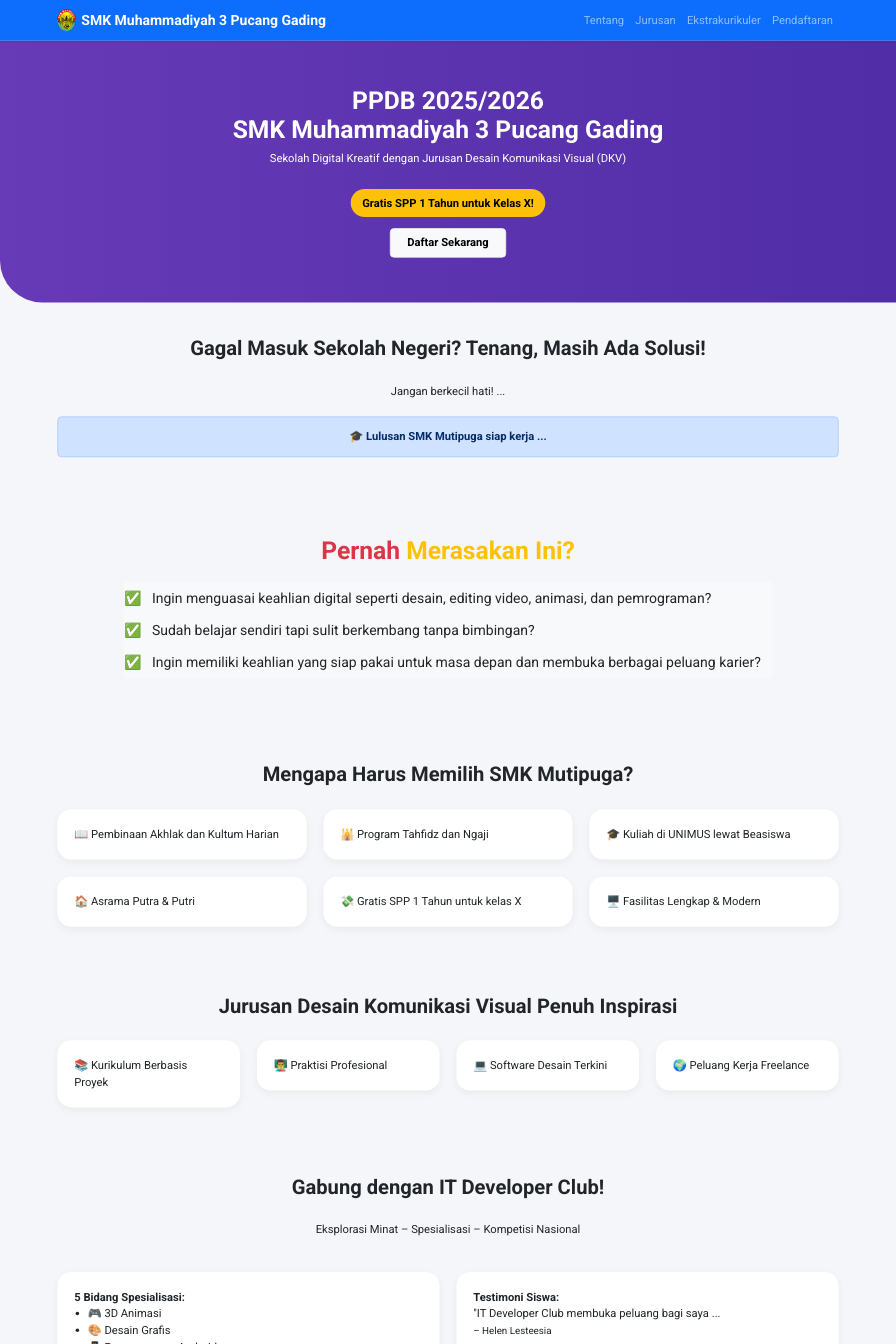
Repository: ppdbsmkmutipuga/ppdbsmkmutipuga.github.io
Page: index.html
An editor plug-in stored every save of this project. The page is shown before and after the next save, followed by the edit.
The browser window is 1280 px wide. The pictures show the part of the page from y = 0 to 1920 px (the page is 3087 px tall), at 70% of full size.

Above is the page before, as saved 2025-06-29 03:06:22.
Not found: main.js

### index.html
<!DOCTYPE html>
<html lang="id">

<head>
    <meta charset="UTF-8" />
    <meta name="viewport" content="width=device-width, initial-scale=1.0" />
    <meta name="description"
        content="PPDB SMK Muhammadiyah 3 Pucang Gading - Sekolah Digital Kreatif Jurusan DKV. Gratis SPP 1 tahun untuk kelas X!" />
    <meta name="keywords"
        content="PPDB, SMK Muhammadiyah, DKV, Sekolah Digital, Gratis SPP, Ekstrakurikuler, IT Developer Club" />
    <meta name="author" content="SMK Mutipuga" />
    <title>PPDB SMK Mutipuga 2025/2026</title>
    <link href="https://fonts.googleapis.com/css2?family=Roboto:wght@400;700&display=swap" rel="stylesheet">
    <link href="https://cdn.jsdelivr.net/npm/bootstrap@5.3.3/dist/css/bootstrap.min.css" rel="stylesheet">
    <link rel="stylesheet" href="style.css">
</head>

<body>
    <nav class="navbar navbar-expand-lg navbar-dark bg-primary sticky-top shadow-sm">
        <div class="container">
            <a class="navbar-brand fw-bold d-flex align-items-center" href="#">
                <img src="images/logo.png" alt="Logo SMK Mutipuga" height="32" class="me-2">
                <span class="d-none d-sm-inline">SMK Muhammadiyah 3 Pucang Gading</span>
                <span class="d-inline d-sm-none">SMK MUTIPUGA</span>
            </a>

            <button class="navbar-toggler" type="button" data-bs-toggle="collapse" data-bs-target="#navMenu">
                <span class="navbar-toggler-icon"></span>
            </button>


            <div class="collapse navbar-collapse" id="navMenu">
                <ul class="navbar-nav ms-auto">
                    <li class="nav-item"><a class="nav-link" href="#tentang">Tentang</a></li>
                    <li class="nav-item"><a class="nav-link" href="#jurusan">Jurusan</a></li>
                    <li class="nav-item"><a class="nav-link" href="#ekskul">Ekstrakurikuler</a></li>
                    <li class="nav-item"><a class="nav-link" href="#pendaftaran">Pendaftaran</a></li>
                </ul>
            </div>
        </div>
    </nav>

    <header class="hero">
        <h1>PPDB 2025/2026<br>SMK Muhammadiyah 3 Pucang Gading</h1>
        <p>Sekolah Digital Kreatif dengan Jurusan Desain Komunikasi Visual (DKV)</p>
        <div class="highlight-badge">Gratis SPP 1 Tahun untuk Kelas X!</div><br>
        <a href="#pendaftaran" class="btn btn-light mt-3 fw-bold px-4 py-2">Daftar Sekarang</a>
    </header>

    <section class="container py-5">
        <h2 class="section-title">Gagal Masuk Sekolah Negeri? Tenang, Masih Ada Solusi!</h2>
        <p class="text-center">Jangan berkecil hati! ...</p>
        <div class="alert alert-primary mt-4 text-center fw-semibold">
            🎓 Lulusan SMK Mutipuga siap kerja ...
        </div>
    </section>
    <section class="container py-5">
        <div class="text-center mb-4">
            <h2 class="fw-bold" style="font-size: 2.2rem;">
                <span class="text-danger">Pernah</span> <span class="text-warning">Merasakan Ini?</span>
            </h2>
            <div class="my-2">
                <i class="bi bi-arrow-down-circle-fill text-warning" style="font-size: 2rem;"></i>
            </div>
        </div>

        <div class="row justify-content-center">
            <div class="col-md-10">
                <ul class="list-group list-group-flush fs-5">
                    <li class="list-group-item">
                        <i class="bi bi-check-circle-fill text-success me-2"></i>
                        Ingin menguasai keahlian digital seperti desain, editing video, animasi, dan pemrograman?
                    </li>
                    <li class="list-group-item">
                        <i class="bi bi-check-circle-fill text-success me-2"></i>
                        Sudah belajar sendiri tapi sulit berkembang tanpa bimbingan?
                    </li>
                    <li class="list-group-item">
                        <i class="bi bi-check-circle-fill text-success me-2"></i>
                        Ingin memiliki keahlian yang siap pakai untuk masa depan dan membuka berbagai peluang karier?
                    </li>
                </ul>
            </div>
        </div>

        <div class="text-end mt-4">
            <i class="bi bi-emoji-thinking fs-1 text-secondary"></i>
        </div>
    </section>


    <section class="container py-5">
        <h2 class="section-title">Mengapa Harus Memilih SMK Mutipuga?</h2>
        <div class="row g-4">
            <div class="col-md-4">
                <div class="card-custom">📖 Pembinaan Akhlak dan Kultum Harian</div>
            </div>
            <div class="col-md-4">
                <div class="card-custom">🕌 Program Tahfidz dan Ngaji</div>
            </div>
            <div class="col-md-4">
                <div class="card-custom">🎓 Kuliah di UNIMUS lewat Beasiswa</div>
            </div>
            <div class="col-md-4">
                <div class="card-custom">🏠 Asrama Putra & Putri</div>
            </div>
            <div class="col-md-4">
                <div class="card-custom">💸 Gratis SPP 1 Tahun untuk kelas X</div>
            </div>
            <div class="col-md-4">
                <div class="card-custom">🖥️ Fasilitas Lengkap & Modern</div>
            </div>
        </div>
    </section>

    <section class="container py-5">
        <h2 class="section-title">Jurusan Desain Komunikasi Visual Penuh Inspirasi</h2>
        <div class="row g-4">
            <div class="col-md-3">
                <div class="card-custom">📚 Kurikulum Berbasis Proyek</div>
            </div>
            <div class="col-md-3">
                <div class="card-custom">👨‍🏫 Praktisi Profesional</div>
            </div>
            <div class="col-md-3">
                <div class="card-custom">💻 Software Desain Terkini</div>
            </div>
            <div class="col-md-3">
                <div class="card-custom">🌍 Peluang Kerja Freelance</div>
            </div>
        </div>
    </section>

    <section class="container py-5">
        <h2 class="section-title">Gabung dengan IT Developer Club!</h2>
        <p class="text-center">Eksplorasi Minat – Spesialisasi – Kompetisi Nasional</p>
        <div class="row g-4 mt-4">
            <div class="col-md-6">
                <div class="card-custom">
                    <strong>5 Bidang Spesialisasi:</strong>
                    <ul>
                        <li>🎮 3D Animasi</li>
                        <li>🎨 Desain Grafis</li>
                        <li>📱 Pemrograman Android</li>
                        <li>🌐 Pemrograman Website</li>
                        <li>🕹️ Pemrograman Game</li>
                    </ul>
                </div>
            </div>
            <div class="col-md-6">
                <div class="card-custom">
                    <strong>Testimoni Siswa:</strong>
                    <blockquote>"IT Developer Club membuka peluang bagi saya ...<br><small>– Helen Lesteesia</small>
                    </blockquote>
                    <hr>
                    <p><strong>Jadwal Latihan:</strong><br>Senin & Rabu, 14.00–16.00 WIB<br>Lokasi: Lab Komputer</p>
                    <p><strong>Keuntungan:</strong><br>
                        ✅ Akses alat & software profesional<br>
                        ✅ Kompetisi tingkat nasional<br>
                        ✅ Portfolio kuliah & kerja</p>
                </div>
            </div>
        </div>
    </section>

    <section class="container py-5">
        <h2 class="section-title">Kegiatan & Ekstrakurikuler Seru</h2>
        <div class="row g-4">
            <div class="col-md-3">
                <div class="card-custom">💻 Coding di Lab</div>
            </div>
            <div class="col-md-3">
                <div class="card-custom">🖌️ Desain Grafis</div>
            </div>
            <div class="col-md-3">
                <div class="card-custom">📖 Ngaji Bersama</div>
            </div>
            <div class="col-md-3">
                <div class="card-custom">🏅 Tapak Suci, Futsal & Seni</div>
            </div>
        </div>
    </section>

    <section id="pendaftaran" class="container py-5">
        <h2 class="section-title">Informasi Pendaftaran</h2>
        <div class="row g-4">
            <div class="col-md-6">
                <div class="card-custom">
                    <strong>Syarat Pendaftaran:</strong>
                    <ul>
                        <li>📝 Mengisi Formulir</li>
                        <li>📄 Fotokopi Ijazah / SKL</li>
                        <li>📁 Fotokopi KK, KTP Ortu, Akta</li>
                        <li>🖼️ Pas Foto 3x4 (4 lembar)</li>
                    </ul>
                    <p><strong>Jadwal:</strong><br>Gelombang 1: Jan–Mar 2025<br>Gelombang 2: Apr–Jun 2025</p>
                    <div class="highlight-badge mt-3">Promo: Gratis SPP 1 Tahun*</div>
                </div>
            </div>
            <div class="col-md-6">
                <div class="card-custom">
                    <strong>Biaya & Kontak:</strong>
                    <ul class="mb-2">
                        <li>💳 Seragam: Rp1.000.000,-</li>
                        <li>📚 SPP Kelas XI & XII: Rp100.000,- / bulan</li>
                        <li>🏫 Wakaf Gelombang 1: Rp500.000,-</li>
                        <li>🧪 Praktikum: Rp65.000,- / bulan</li>
                    </ul>
                    <hr>
                    <p>📱 WhatsApp: 081325977099<br>
                        ✉️ Email: smkmuh3puding@gmail.com<br>
                        📍 Alamat: Jl. Pucang Gading Raya, Batursari</p>
                </div>
            </div>
        </div>
        <p class="text-center mt-3"><small>*Syarat & ketentuan berlaku</small></p>
    </section>

    <footer class="footer">
        &copy; 2025 SMK Muhammadiyah 3 Pucang Gading. All Rights Reserved.
    </footer>

    <script src="https://cdn.jsdelivr.net/npm/bootstrap@5.3.3/dist/js/bootstrap.bundle.min.js"></script>
    <script src="main.js"></script>
</body>

</html>

### style.css
body {
    font-family: 'Roboto', sans-serif;
    background: #f5f6fa;
}

.navbar-brand img {
    max-height: 32px;
    width: auto;
}

.list-group-item {
    background-color: #f8f9fa;
    border: none;
    padding-left: 2rem;
    position: relative;
}

.list-group-item::before {
    content: "✅";
    position: absolute;
    left: 0;
    color: green;
}






.hero {
    background: linear-gradient(to right, #673ab7, #512da8);
    color: white;
    padding: 4rem 2rem;
    border-bottom-left-radius: 60px;
    text-align: center;
}

.hero h1 {
    font-weight: 700;
    font-size: 2.2rem;
}

.highlight-badge {
    background-color: #ffc107;
    padding: 0.5rem 1rem;
    border-radius: 50px;
    color: #000;
    font-weight: bold;
    display: inline-block;
    margin-top: 1rem;
}

.section-title {
    text-align: center;
    font-weight: 700;
    font-size: 1.8rem;
    margin-bottom: 2rem;
}

.card-custom {
    border: none;
    border-radius: 20px;
    box-shadow: 0 4px 12px rgba(0, 0, 0, 0.05);
    padding: 1.5rem;
    background: #fff;
}

.footer {
    background-color: #512da8;
    color: white;
    padding: 2rem;
    text-align: center;
    border-top-left-radius: 60px;
}

ul {
    padding-left: 1.2rem;
}

#scrollTopBtn {
    display: none;
    position: fixed;
    bottom: 40px;
    right: 20px;
    z-index: 99;
    font-size: 18px;
    background-color: #512da8;
    color: white;
    border: none;
    padding: 12px 16px;
    border-radius: 50%;
    cursor: pointer;
    box-shadow: 0 2px 6px rgba(0, 0, 0, 0.3);
    transition: background-color 0.3s ease;
}

#scrollTopBtn:hover {
    background-color: #311b92;
}

.fade-in {
    opacity: 0;
    transform: translateY(30px);
    transition: opacity 0.8s ease-out, transform 0.8s ease-out;
}

.fade-in.show {
    opacity: 1;
    transform: translateY(0);
}

After the next save:
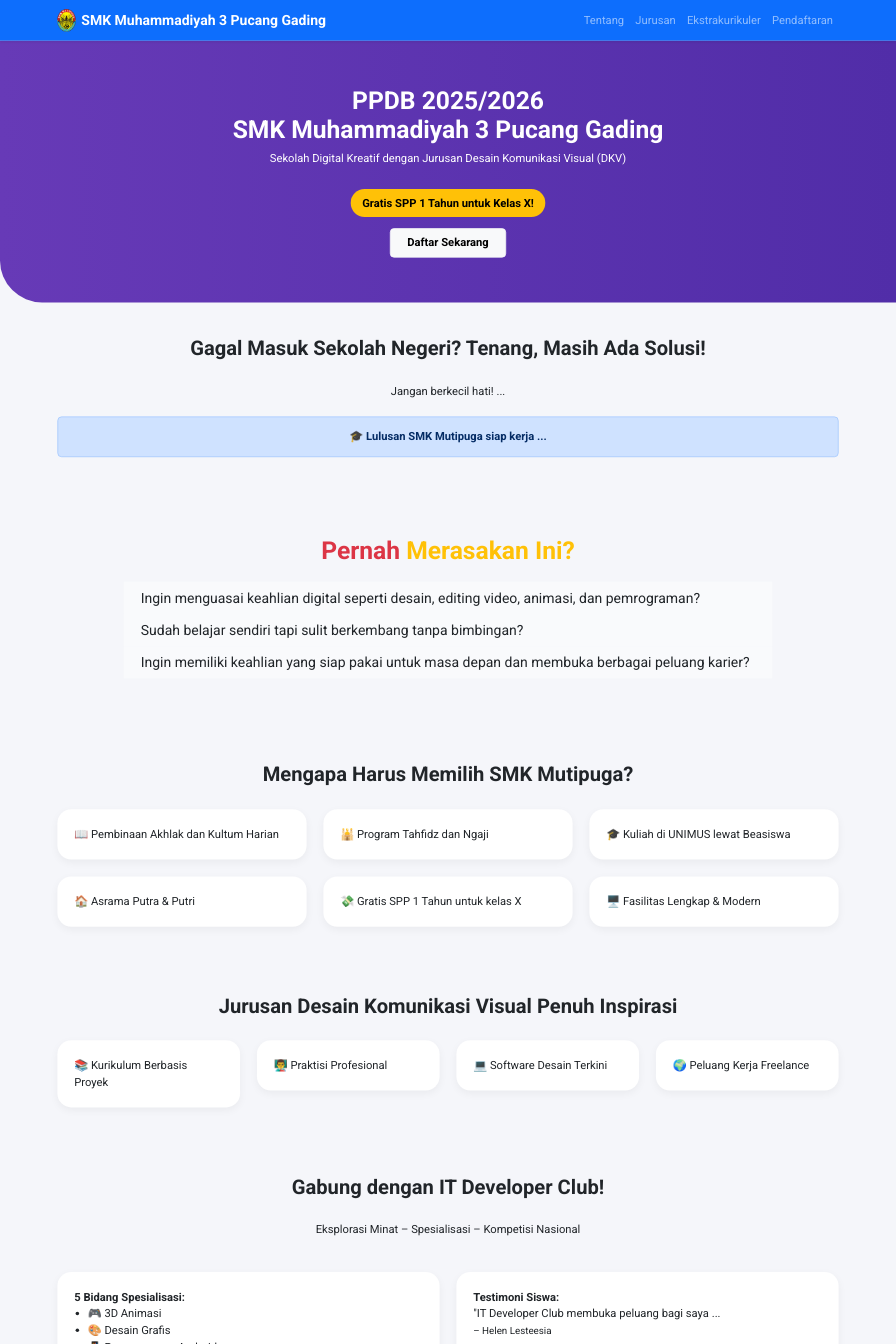
Saved 28 s later.
--- a/style.css
+++ b/style.css
@@ -9,17 +9,8 @@
 }
 
 .list-group-item {
-    background-color: #f8f9fa;
+    background-color: #f9fafc;
     border: none;
-    padding-left: 2rem;
-    position: relative;
-}
-
-.list-group-item::before {
-    content: "✅";
-    position: absolute;
-    left: 0;
-    color: green;
 }
 
 
